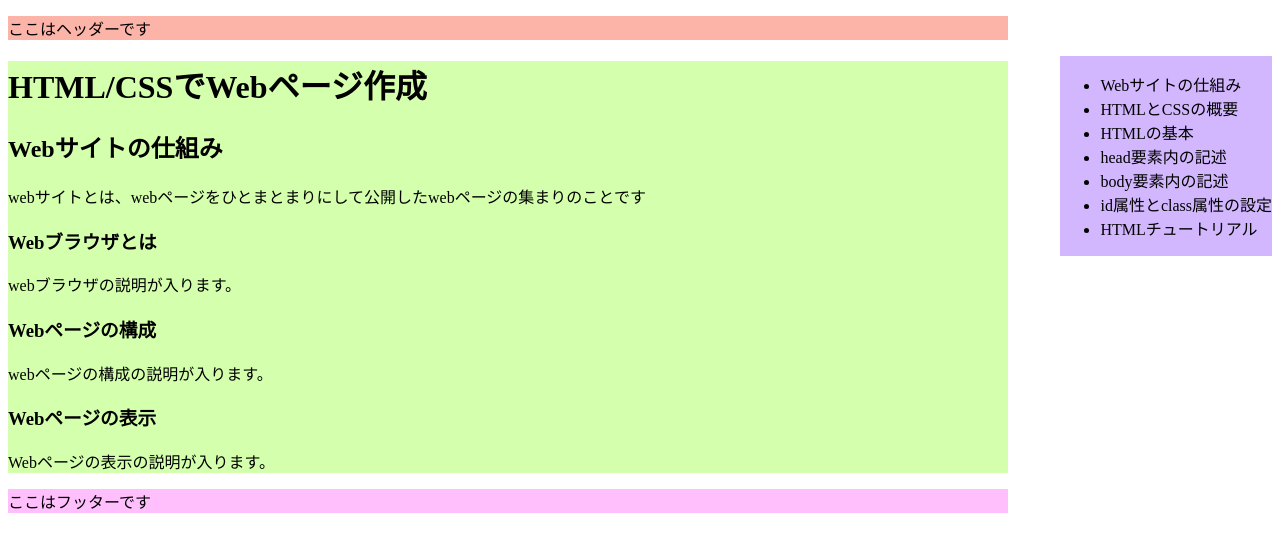
Repository: tak-hs/first-git
Page: kadai-html.html
The author's editor kept a record of every edit. The page is drawn from the files as they stood at one moment, then again after the next edit.
The browser window is 1280 px wide. The pictures show the whole page.

Above is the page before.

After the next edit:
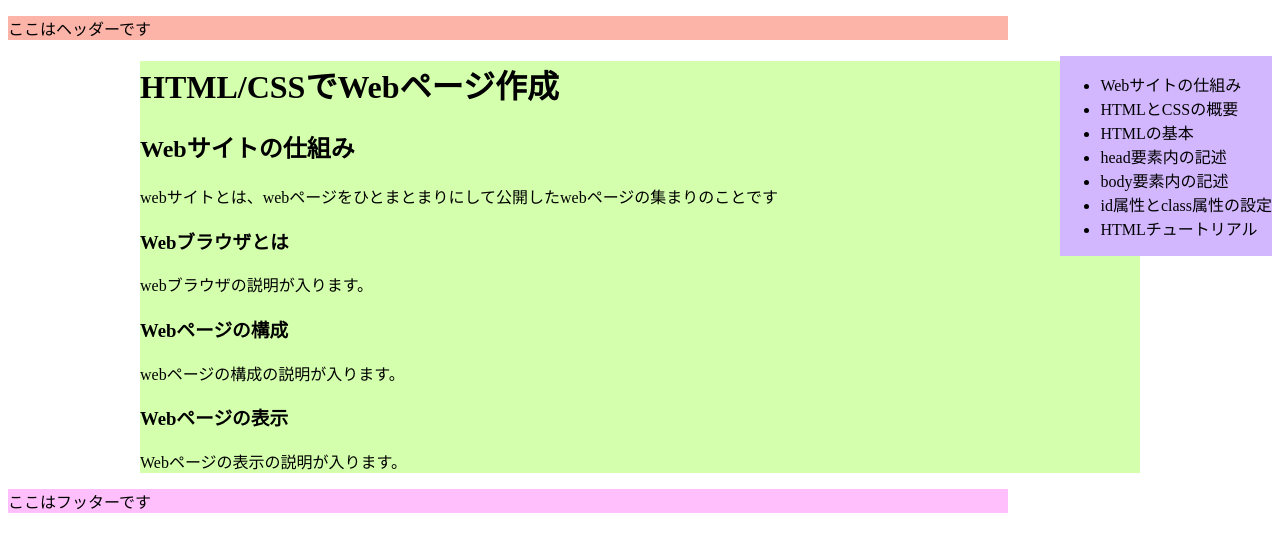
The edit:
--- a/kadai-css.css
+++ b/kadai-css.css
@@ -16,7 +16,7 @@
 
 #wrapper{
     width:1000px;
-    margin:0 0;
+    margin:0 auto;
     background-color: #d4ffad;
 }
 
